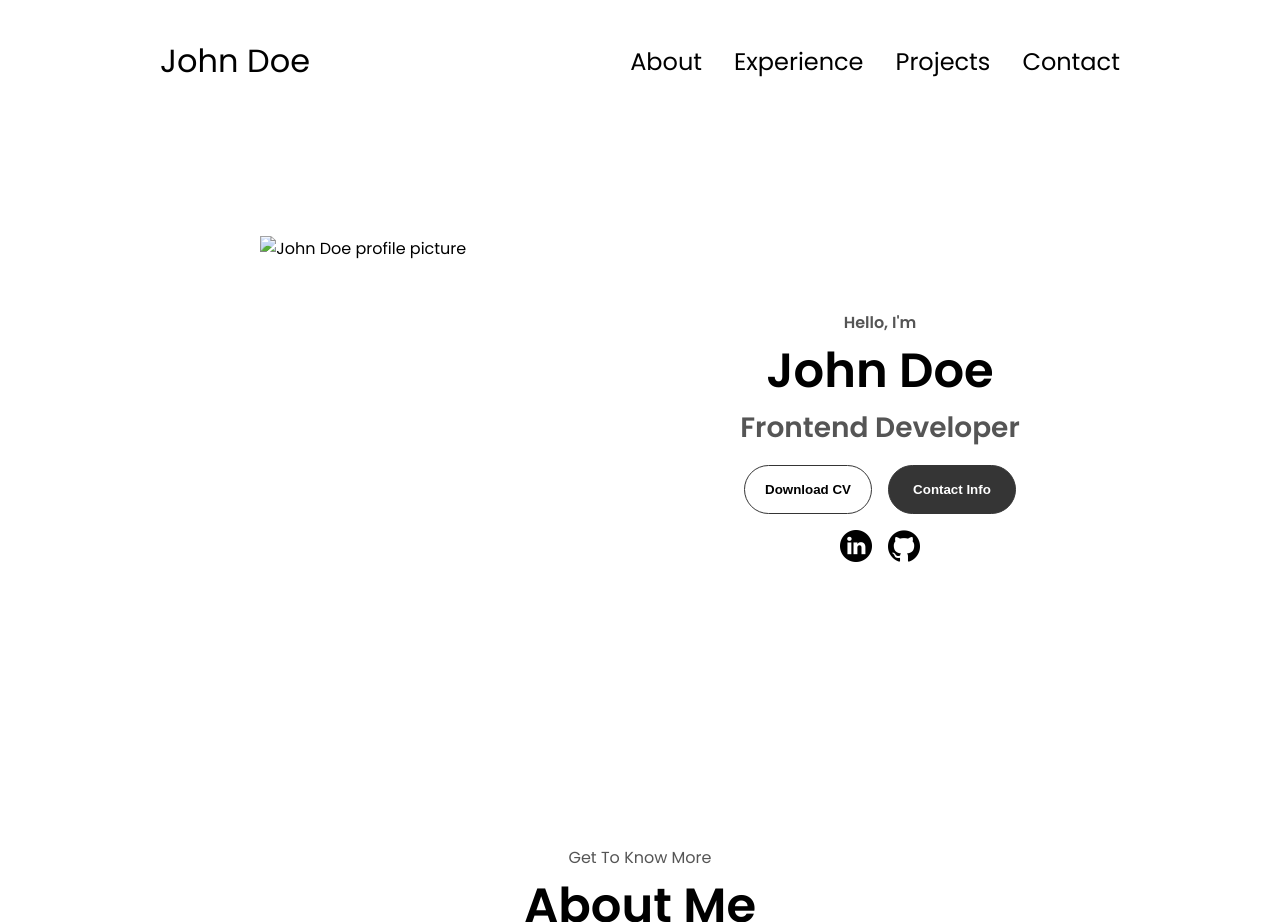
Repository: sonhoang2071/my-portfolio
Page: index.html
These files come from the project's save history. The page is drawn as it stood at one moment and after the next save; the edit follows.
The browser window is 1280 px wide. The pictures show the part of the page from y = 0 to 922 px (the page is 4649 px tall).
A picture or video elsewhere on the page could not be fetched, so the positions and the page height are approximate.

Above is the page before, as saved 2023-08-19 11:29:20.
Not found: assets/profile-pic.png

### index.html
<!DOCTYPE html>
<html lang="en">
  <head>
    <meta charset="UTF-8" />
    <meta http-equiv="X-UA-Compatible" content="IE=edge" />
    <meta name="viewport" content="width=device-width, initial-scale=1.0" />
    <title>My Portfolio</title>
    <link rel="stylesheet" href="style.css" />
    <link rel="stylesheet" href="mediaqueries.css" />
  </head>
  <body>
    <nav id="desktop-nav">
      <div class="logo">John Doe</div>
      <div>
        <ul class="nav-links">
          <li><a href="#about">About</a></li>
          <li><a href="#experience">Experience</a></li>
          <li><a href="#projects">Projects</a></li>
          <li><a href="#contact">Contact</a></li>
        </ul>
      </div>
    </nav>
    <nav id="hamburger-nav">
      <div class="logo">John Doe</div>
      <div class="hamburger-menu">
        <div class="hamburger-icon" onclick="toggleMenu()">
          <span></span>
          <span></span>
          <span></span>
        </div>
        <div class="menu-links">
          <li><a href="#about" onclick="toggleMenu()">About</a></li>
          <li><a href="#experience" onclick="toggleMenu()">Experience</a></li>
          <li><a href="#projects" onclick="toggleMenu()">Projects</a></li>
          <li><a href="#contact" onclick="toggleMenu()">Contact</a></li>
        </div>
      </div>
    </nav>
    <section id="profile">
      <div class="section__pic-container">
        <img src="./assets/profile-pic.png" alt="John Doe profile picture" />
      </div>
      <div class="section__text">
        <p class="section__text__p1">Hello, I'm</p>
        <h1 class="title">John Doe</h1>
        <p class="section__text__p2">Frontend Developer</p>
        <div class="btn-container">
          <button
            class="btn btn-color-2"
            onclick="window.open('./assets/resume-example.pdf')"
          >
            Download CV
          </button>
          <button class="btn btn-color-1" onclick="location.href='./#contact'">
            Contact Info
          </button>
        </div>
        <div id="socials-container">
          <img
            src="./assets/linkedin.png"
            alt="My LinkedIn profile"
            class="icon"
            onclick="location.href='https://linkedin.com/'"
          />
          <img
            src="./assets/github.png"
            alt="My Github profile"
            class="icon"
            onclick="location.href='https://github.com/'"
          />
        </div>
      </div>
    </section>
    <section id="about">
      <p class="section__text__p1">Get To Know More</p>
      <h1 class="title">About Me</h1>
      <div class="section-container">
        <div class="section__pic-container">
          <img
            src="./assets/about-pic.png"
            alt="Profile picture"
            class="about-pic"
          />
        </div>
        <div class="about-details-container">
          <div class="about-containers">
            <div class="details-container">
              <img
                src="./assets/experience.png"
                alt="Experience icon"
                class="icon"
              />
              <h3>Experience</h3>
              <p>2+ years <br />Frontend Development</p>
            </div>
            <div class="details-container">
              <img
                src="./assets/education.png"
                alt="Education icon"
                class="icon"
              />
              <h3>Education</h3>
              <p>B.Sc. Bachelors Degree<br />M.Sc. Masters Degree</p>
            </div>
          </div>
          <div class="text-container">
            <p>
              Lorem ipsum dolor sit amet consectetur adipisicing elit. Hic quis
              reprehenderit et laborum, rem, dolore eum quod voluptate
              exercitationem nobis, nihil esse debitis maxime facere minus sint
              delectus velit in eos quo officiis explicabo deleniti dignissimos.
              Eligendi illum libero dolorum cum laboriosam corrupti quidem,
              reiciendis ea magnam? Nulla, impedit fuga!
            </p>
          </div>
        </div>
      </div>
      <img
        src="./assets/arrow.png"
        alt="Arrow icon"
        class="icon arrow"
        onclick="location.href='./#experience'"
      />
    </section>
    <section id="experience">
      <p class="section__text__p1">Explore My</p>
      <h1 class="title">Experience</h1>
      <div class="experience-details-container">
        <div class="about-containers">
          <div class="details-container">
            <h2 class="experience-sub-title">Frontend Development</h2>
            <div class="article-container">
              <article>
                <img
                  src="./assets/checkmark.png"
                  alt="Experience icon"
                  class="icon"
                />
                <div>
                  <h3>HTML</h3>
                  <p>Experienced</p>
                </div>
              </article>
              <article>
                <img
                  src="./assets/checkmark.png"
                  alt="Experience icon"
                  class="icon"
                />
                <div>
                  <h3>CSS</h3>
                  <p>Experienced</p>
                </div>
              </article>
              <article>
                <img
                  src="./assets/checkmark.png"
                  alt="Experience icon"
                  class="icon"
                />
                <div>
                  <h3>SASS</h3>
                  <p>Intermediate</p>
                </div>
              </article>
              <article>
                <img
                  src="./assets/checkmark.png"
                  alt="Experience icon"
                  class="icon"
                />
                <div>
                  <h3>JavaScript</h3>
                  <p>Basic</p>
                </div>
              </article>
              <article>
                <img
                  src="./assets/checkmark.png"
                  alt="Experience icon"
                  class="icon"
                />
                <div>
                  <h3>TypeScript</h3>
                  <p>Basic</p>
                </div>
              </article>
              <article>
                <img
                  src="./assets/checkmark.png"
                  alt="Experience icon"
                  class="icon"
                />
                <div>
                  <h3>Material UI</h3>
                  <p>Intermediate</p>
                </div>
              </article>
            </div>
          </div>
          <div class="details-container">
            <h2 class="experience-sub-title">Frontend Development</h2>
            <div class="article-container">
              <article>
                <img
                  src="./assets/checkmark.png"
                  alt="Experience icon"
                  class="icon"
                />
                <div>
                  <h3>PostgreSQL</h3>
                  <p>Basic</p>
                </div>
              </article>
              <article>
                <img
                  src="./assets/checkmark.png"
                  alt="Experience icon"
                  class="icon"
                />
                <div>
                  <h3>Node JS</h3>
                  <p>Intermediate</p>
                </div>
              </article>
              <article>
                <img
                  src="./assets/checkmark.png"
                  alt="Experience icon"
                  class="icon"
                />
                <div>
                  <h3>Express JS</h3>
                  <p>Intermediate</p>
                </div>
              </article>
              <article>
                <img
                  src="./assets/checkmark.png"
                  alt="Experience icon"
                  class="icon"
                />
                <div>
                  <h3>Git</h3>
                  <p>Intermediate</p>
                </div>
              </article>
            </div>
          </div>
        </div>
      </div>
      <img
        src="./assets/arrow.png"
        alt="Arrow icon"
        class="icon arrow"
        onclick="location.href='./#projects'"
      />
    </section>
    <section id="projects">
      <p class="section__text__p1">Browse My Recent</p>
      <h1 class="title">Projects</h1>
      <div class="experience-details-container">
        <div class="about-containers">
          <div class="details-container color-container">
            <div class="article-container">
              <img
                src="./assets/project-1.png"
                alt="Project 1"
                class="project-img"
              />
            </div>
            <h2 class="experience-sub-title project-title">Project One</h2>
            <div class="btn-container">
              <button
                class="btn btn-color-2 project-btn"
                onclick="location.href='https://github.com/'"
              >
                Github
              </button>
              <button
                class="btn btn-color-2 project-btn"
                onclick="location.href='https://github.com/'"
              >
                Live Demo
              </button>
            </div>
          </div>
          <div class="details-container color-container">
            <div class="article-container">
              <img
                src="./assets/project-2.png"
                alt="Project 2"
                class="project-img"
              />
            </div>
            <h2 class="experience-sub-title project-title">Project Two</h2>
            <div class="btn-container">
              <button
                class="btn btn-color-2 project-btn"
                onclick="location.href='https://github.com/'"
              >
                Github
              </button>
              <button
                class="btn btn-color-2 project-btn"
                onclick="location.href='https://github.com/'"
              >
                Live Demo
              </button>
            </div>
          </div>
          <div class="details-container color-container">
            <div class="article-container">
              <img
                src="./assets/project-3.png"
                alt="Project 3"
                class="project-img"
              />
            </div>
            <h2 class="experience-sub-title project-title">Project Three</h2>
            <div class="btn-container">
              <button
                class="btn btn-color-2 project-btn"
                onclick="location.href='https://github.com/'"
              >
                Github
              </button>
              <button
                class="btn btn-color-2 project-btn"
                onclick="location.href='https://github.com/'"
              >
                Live Demo
              </button>
            </div>
          </div>
        </div>
      </div>
      <img
        src="./assets/arrow.png"
        alt="Arrow icon"
        class="icon arrow"
        onclick="location.href='./#projects'"
      />
    </section>
    <section id="contact">
      <p class="section__text__p1">Get in Touch</p>
      <h1 class="title">Contact Me</h1>
      <div class="contact-info-upper-container">
        <div class="contact-info-container">
          <img
            src="./assets/email.png"
            alt="Email icon"
            class="icon contact-icon email-icon"
          />
          <p><a href="mailto:examplemail@gmail.com">Example@gmail.com</a></p>
        </div>
        <div class="contact-info-container">
          <img
            src="./assets/linkedin.png"
            alt="LinkedIn icon"
            class="icon contact-icon"
          />
          <p><a href="https://www.linkedin.com">LinkedIn</a></p>
        </div>
      </div>
    </section>
    <footer>
      <nav>
        <div class="nav-links-container">
          <ul class="nav-links">
            <li><a href="#about">About</a></li>
            <li><a href="#experience">Experience</a></li>
            <li><a href="#projects">Projects</a></li>
            <li><a href="#contact">Contact</a></li>
          </ul>
        </div>
      </nav>
      <p>Copyright &#169; 2023 John Doe. All Rights Reserved.</p>
    </footer>
    <script src="script.js"></script>
  </body>
</html>

### style.css
/* GENERAL */

@import url("https://fonts.googleapis.com/css2?family=Poppins:wght@300;400;500;600&display=swap");

* {
  margin: 0;
  padding: 0;
}

body {
  font-family: "Poppins", sans-serif;
}

html {
  scroll-behavior: smooth;
}

p {
  color: rgb(85, 85, 85);
}

/* TRANSITION */

a,
.btn {
  transition: all 300ms ease;
}

/* DESKTOP NAV */

nav,
.nav-links {
  display: flex;
}

nav {
  justify-content: space-around;
  align-items: center;
  height: 17vh;
}

.nav-links {
  gap: 2rem;
  list-style: none;
  font-size: 1.5rem;
}

a {
  color: black;
  text-decoration: none;
  text-decoration-color: white;
}

a:hover {
  color: grey;
  text-decoration: underline;
  text-underline-offset: 1rem;
  text-decoration-color: rgb(181, 181, 181);
}

.logo {
  font-size: 2rem;
}

.logo:hover {
  cursor: default;
}

/* HAMBURGER MENU */

#hamburger-nav {
  display: none;
}

.hamburger-menu {
  position: relative;
  display: inline-block;
}

.hamburger-icon {
  display: flex;
  flex-direction: column;
  justify-content: space-between;
  height: 24px;
  width: 30px;
  cursor: pointer;
}

.hamburger-icon span {
  width: 100%;
  height: 2px;
  background-color: black;
  transition: all 0.3 ease-in-out;
}

.menu-links {
  position: absolute;
  top: 100%;
  right: 0;
  background-color: white;
  width: fit-content;
  max-height: 0;
  overflow: hidden;
  transition: all 0.3 ease-in-out;
}

.menu-links a {
  display: block;
  padding: 10px;
  text-align: center;
  font-size: 1.5rem;
  color: black;
  text-decoration: none;
  transition: all 0.3 ease-in-out;
}

.menu-links li {
  list-style: none;
}

.menu-links.open {
  max-height: 300px;
}

.hamburger-icon.open span:first-child {
  transform: rotate(45deg) translate(10px, 5px);
}

.hamburger-icon.open span:nth-child(2) {
  opacity: 0;
}

.hamburger-icon.open span:last-child {
  transform: rotate(-45deg) translate(10px, -5px);
}

.hamburger-icon span:first-child {
  transform: none;
}

.hamburger-icon span:first-child {
  opacity: 1;
}

.hamburger-icon span:first-child {
  transform: none;
}

/* SECTIONS */

section {
  padding-top: 4vh;
  height: 96vh;
  margin: 0 10rem;
  box-sizing: border-box;
  min-height: fit-content;
}

.section-container {
  display: flex;
}

/* PROFILE SECTION */

#profile {
  display: flex;
  justify-content: center;
  gap: 5rem;
  height: 80vh;
}

.section__pic-container {
  display: flex;
  height: 400px;
  width: 400px;
  margin: auto 0;
}

.section__text {
  align-self: center;
  text-align: center;
}

.section__text p {
  font-weight: 600;
}

.section__text__p1 {
  text-align: center;
}

.section__text__p2 {
  font-size: 1.75rem;
  margin-bottom: 1rem;
}

.title {
  font-size: 3rem;
  text-align: center;
}

#socials-container {
  display: flex;
  justify-content: center;
  margin-top: 1rem;
  gap: 1rem;
}

/* ICONS */

.icon {
  cursor: pointer;
  height: 2rem;
}

/* BUTTONS */

.btn-container {
  display: flex;
  justify-content: center;
  gap: 1rem;
}

.btn {
  font-weight: 600;
  transition: all 300ms ease;
  padding: 1rem;
  width: 8rem;
  border-radius: 2rem;
}

.btn-color-1,
.btn-color-2 {
  border: rgb(53, 53, 53) 0.1rem solid;
}

.btn-color-1:hover,
.btn-color-2:hover {
  cursor: pointer;
}

.btn-color-1,
.btn-color-2:hover {
  background: rgb(53, 53, 53);
  color: white;
}

.btn-color-1:hover {
  background: rgb(0, 0, 0);
}

.btn-color-2 {
  background: none;
}

.btn-color-2:hover {
  border: rgb(255, 255, 255) 0.1rem solid;
}

.btn-container {
  gap: 1rem;
}

/* ABOUT SECTION */

#about {
  position: relative;
}

.about-containers {
  gap: 2rem;
  margin-bottom: 2rem;
  margin-top: 2rem;
}

.about-details-container {
  justify-content: center;
  flex-direction: column;
}

.about-containers,
.about-details-container {
  display: flex;
}

.about-pic {
  border-radius: 2rem;
}

.arrow {
  position: absolute;
  right: -5rem;
  bottom: 2.5rem;
}

.details-container {
  padding: 1.5rem;
  flex: 1;
  background: white;
  border-radius: 2rem;
  border: rgb(53, 53, 53) 0.1rem solid;
  border-color: rgb(163, 163, 163);
  text-align: center;
}

.section-container {
  gap: 4rem;
  height: 80%;
}

.section__pic-container {
  height: 400px;
  width: 400px;
  margin: auto 0;
}

/* EXPERIENCE SECTION */

#experience {
  position: relative;
}

.experience-sub-title {
  color: rgb(85, 85, 85);
  font-weight: 600;
  font-size: 1.75rem;
  margin-bottom: 2rem;
}

.experience-details-container {
  display: flex;
  justify-content: center;
  flex-direction: column;
}

.article-container {
  display: flex;
  text-align: initial;
  flex-wrap: wrap;
  flex-direction: row;
  gap: 2.5rem;
  justify-content: space-around;
}

article {
  display: flex;
  width: 10rem;
  justify-content: space-around;
  gap: 0.5rem;
}

article .icon {
  cursor: default;
}

/* PROJECTS SECTION */

#projects {
  position: relative;
}

.color-container {
  border-color: rgb(163, 163, 163);
  background: rgb(250, 250, 250);
}

.project-img {
  border-radius: 2rem;
  width: 90%;
  height: 90%;
}

.project-title {
  margin: 1rem;
  color: black;
}

.project-btn {
  color: black;
  border-color: rgb(163, 163, 163);
}

/* CONTACT */

#contact {
  display: flex;
  justify-content: center;
  flex-direction: column;
  height: 70vh;
}

.contact-info-upper-container {
  display: flex;
  justify-content: center;
  border-radius: 2rem;
  border: rgb(53, 53, 53) 0.1rem solid;
  border-color: rgb(163, 163, 163);
  background: (250, 250, 250);
  margin: 2rem auto;
  padding: 0.5rem;
}

.contact-info-container {
  display: flex;
  align-items: center;
  justify-content: center;
  gap: 0.5rem;
  margin: 1rem;
}

.contact-info-container p {
  font-size: larger;
}

.contact-icon {
  cursor: default;
}

.email-icon {
  height: 2.5rem;
}

/* FOOTER SECTION */

footer {
  height: 26vh;
  margin: 0 1rem;
}

footer p {
  text-align: center;
}

### mediaqueries.css
@media screen and (max-width: 1400px) {
    #profile {
      height: 83vh;
      margin-bottom: 6rem;
    }
    .about-containers {
      flex-wrap: wrap;
    }
  }

  @media screen and (max-width: 1200px) {
    #desktop-nav {
      display: none;
    }
    #hamburger-nav {
      display: flex;
    }
    #experience,
    .experience-details-container {
      margin-top: 2rem;
    }
    #profile,
    .section-container {
      display: block;
    }
    .arrow {
      display: none;
    }
    section,
    .section-container {
      height: fit-content;
    }
    section {
      margin: 0 5%;
    }
    .section__pic-container {
      width: 275px;
      height: 275px;
      margin: 0 auto 2rem;
    }
    .about-containers {
      margin-top: 0;
    }
  }

  @media screen and (max-width: 600px) {
    #contact,
    footer {
      height: 40vh;
    }
    #profile {
      height: 83vh;
      margin-bottom: 0;
    }
    article {
      font-size: 1rem;
    }
    footer nav {
      height: fit-content;
      margin-bottom: 2rem;
    }
    .about-containers,
    .contact-info-upper-container,
    .btn-container {
      flex-wrap: wrap;
    }
    .contact-info-container {
      margin: 0;
    }
    .contact-info-container p,
    .nav-links li a {
      font-size: 1rem;
    }
    .experience-sub-title {
      font-size: 1.25rem;
    }
    .logo {
      font-size: 1.5rem;
    }
    .nav-links {
      flex-direction: column;
      gap: 0.5rem;
      text-align: center;
    }
    .section__pic-container {
      width: auto;
      height: 46vw;
      justify-content: center;
    }
    .section__text__p2 {
      font-size: 1.25rem;
    }
    .title {
      font-size: 2rem;
    }
    .text-container {
      text-align: justify;
    }
  }

Loaded but not shown: script.js (common file)

After the next save:
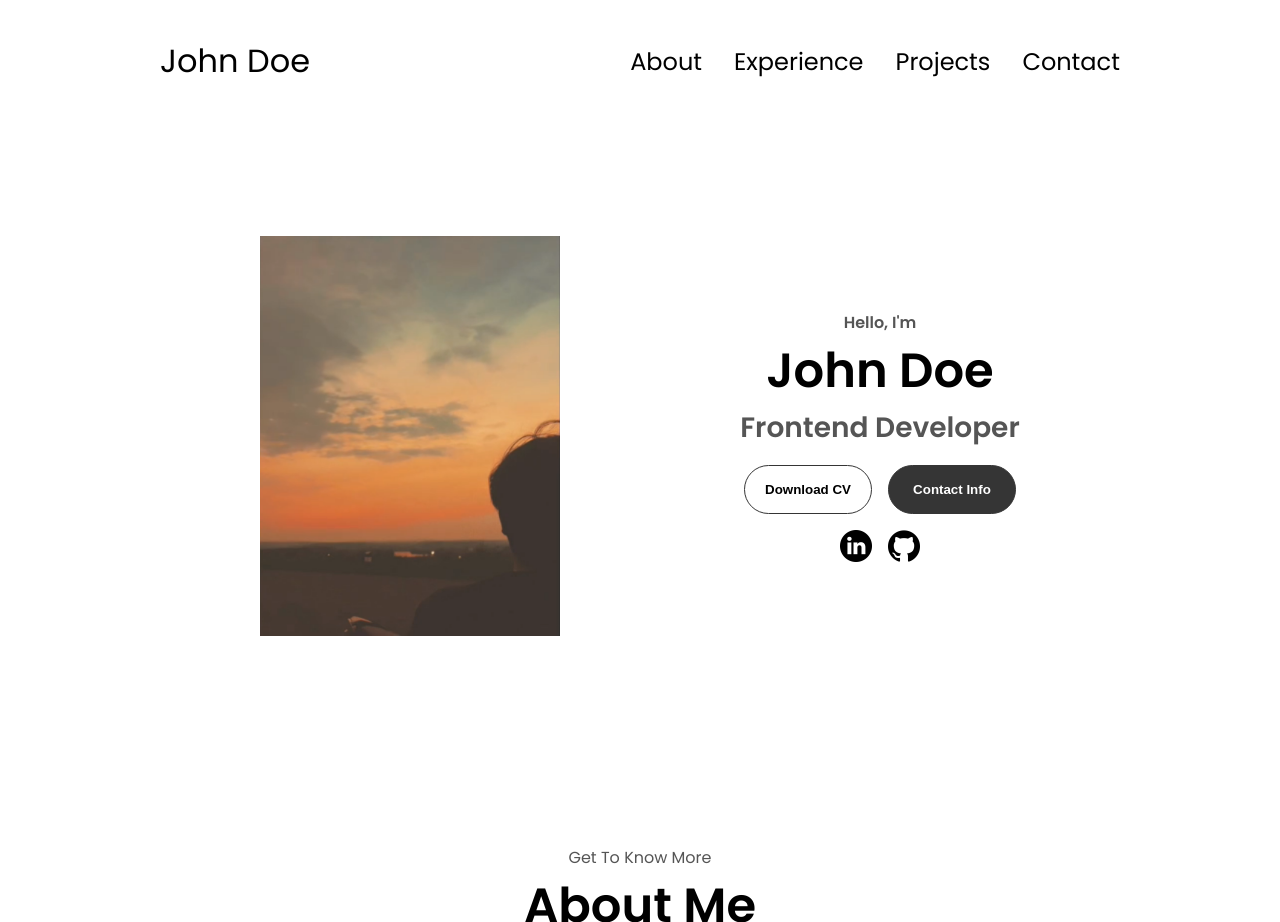
Saved 51 s later.
--- a/index.html
+++ b/index.html
@@ -38,7 +38,7 @@
     </nav>
     <section id="profile">
       <div class="section__pic-container">
-        <img src="./assets/profile-pic.png" alt="John Doe profile picture" />
+        <img src="./assets/my-avatar-3.png" alt="John Doe profile picture" />
       </div>
       <div class="section__text">
         <p class="section__text__p1">Hello, I'm</p>
